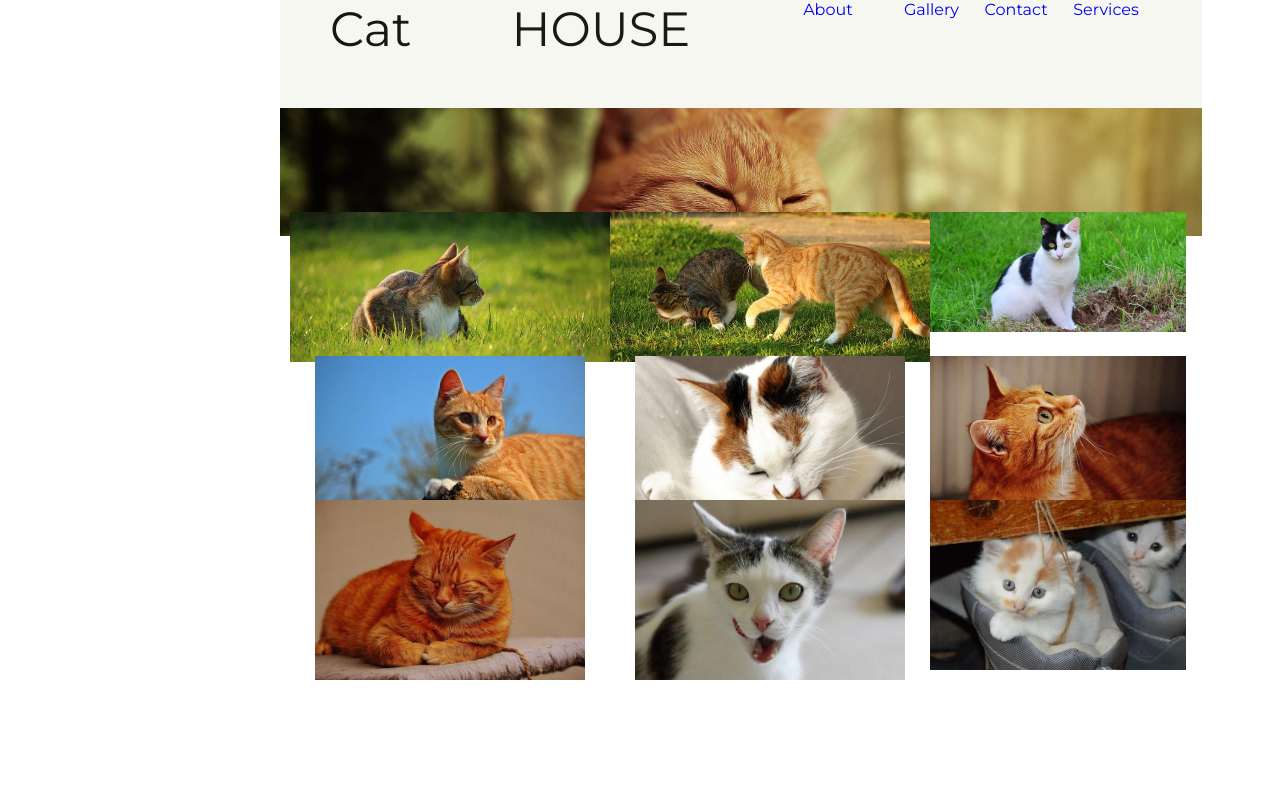
Repository: raul4264/final
Page: Gallery.html
The author's editor kept a copy of each file at every save. The page is drawn from the files as they stood at one save, then again after the next save.
The browser window is 1280 px wide. The pictures show the whole page.

Above is the page before, as saved 2021-03-22 14:01:39.

After the next save:
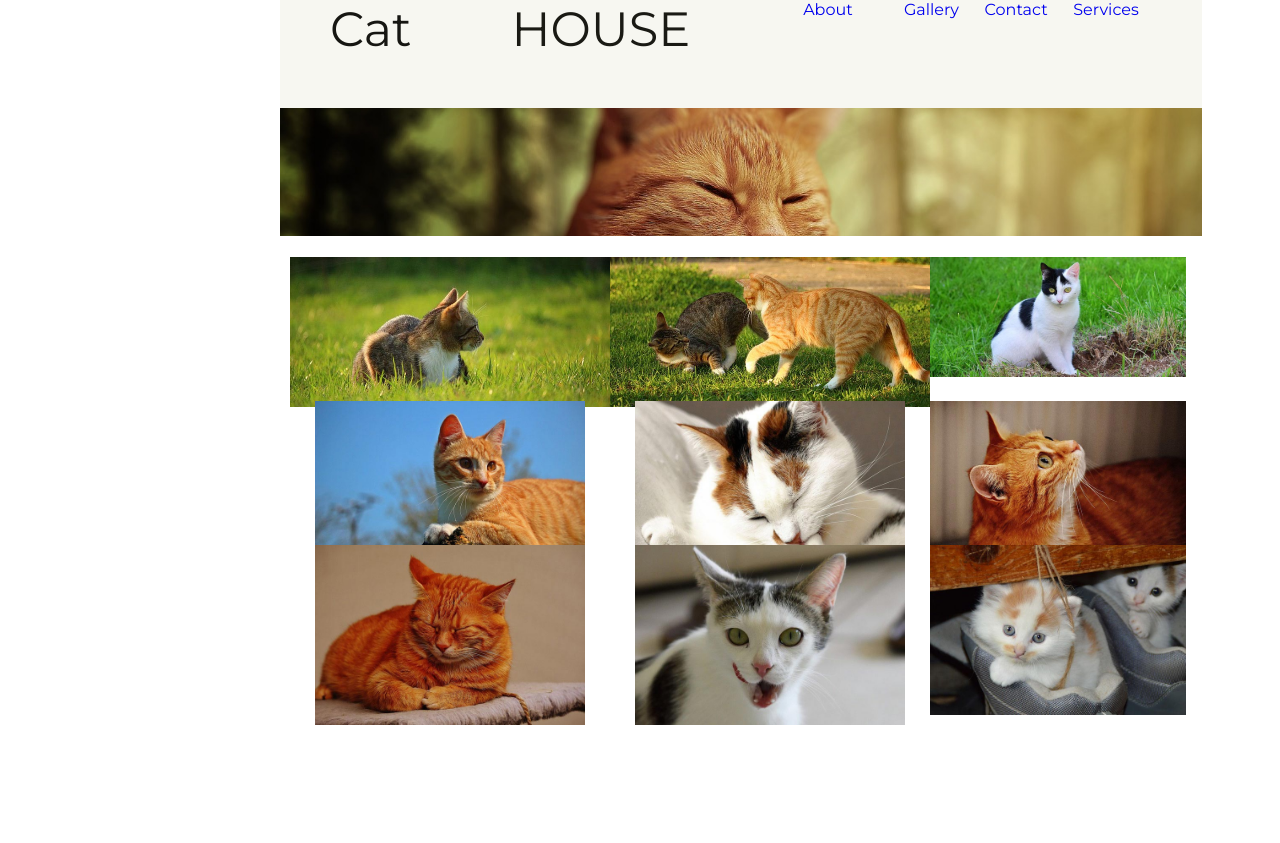
Saved 33 s later.
--- a/css/gallery.css
+++ b/css/gallery.css
@@ -105,7 +105,7 @@ main {
     grid-row-start: 2;
     grid-row-end: 3;
     padding: 10px;
-    margin-top: 30px;
+    margin-top: 75px;
 }
 .uno{
     grid-column-start: 1;
